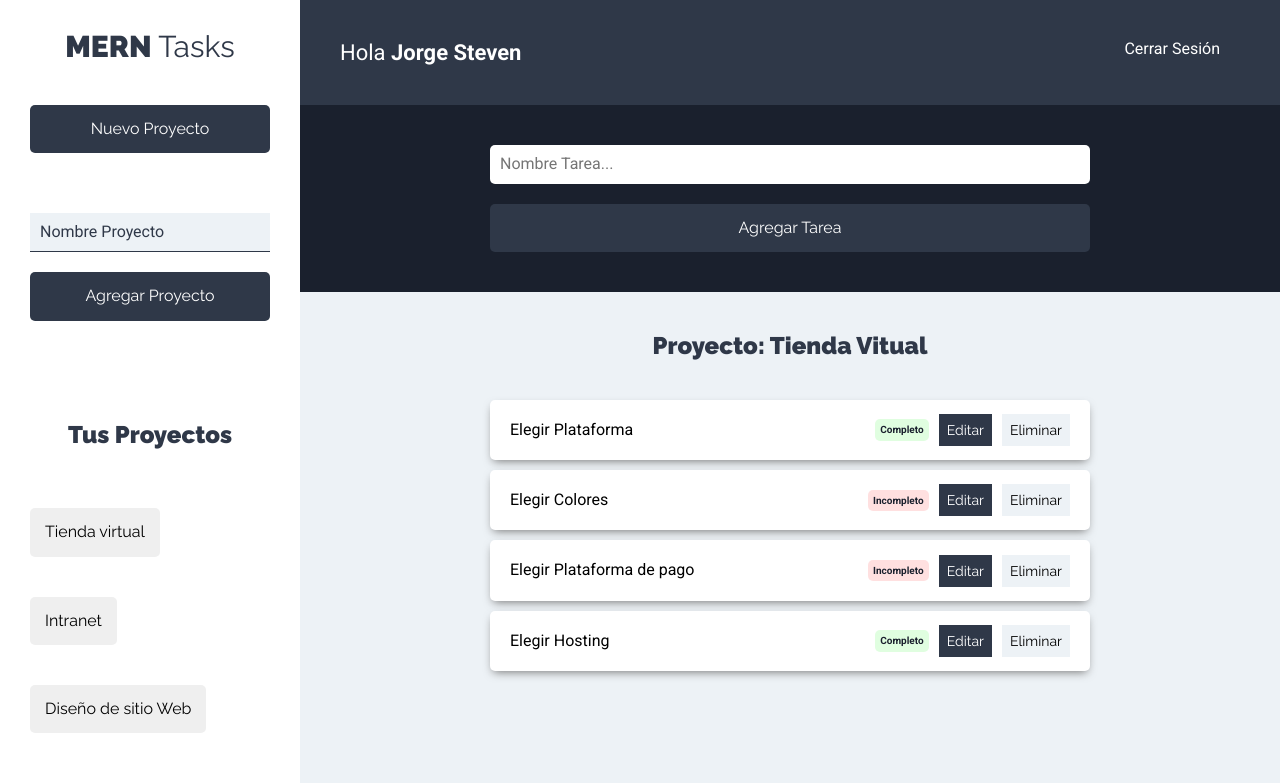
Repository: tive02/MERNTask-cliente
Page: /proyectos
An editor plug-in stored every save of this project. The page is shown before and after the next save, followed by the edit.
The browser window is 1280 px wide. The pictures show the whole page.
The project was rebuilt for these pictures with package versions that can differ from the ones it lists, and the page was loaded fresh each time. Also part of the build but not shown: src/components/auth/Login.js, src/components/auth/NuevaCuenta.js.

Above is the page before, as saved 2021-03-19 23:49:32.

After the next save:
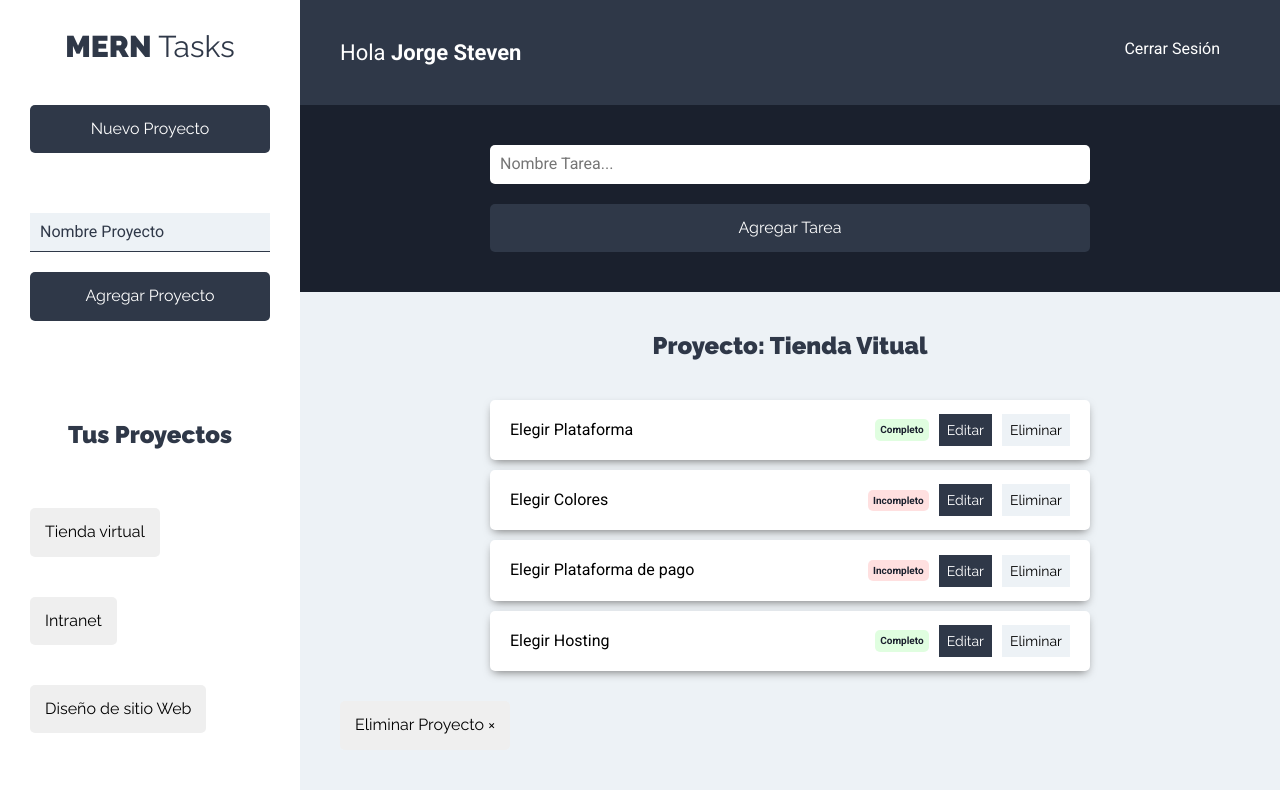
Saved 117 s later.
--- a/src/components/tareas/ListadoTarea.js
+++ b/src/components/tareas/ListadoTarea.js
@@ -21,6 +21,9 @@ const ListadoTarea = () => {
           tareasProyecto.map((tarea) => <Tarea tarea={tarea} />)
         )}
       </ul>
+      <button type="button" className="btn btn-eliminar">
+        Eliminar Proyecto &times;
+      </button>
     </Fragment>
   );
 };
